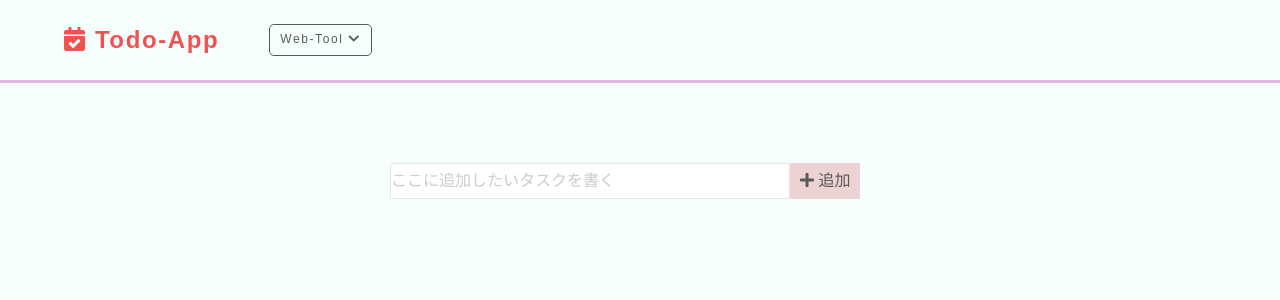
Repository: Hiroshii-m/todo_vue
Page: index.html
The author's editor kept a copy of each file at every save. The page is drawn from the files as they stood at one save, then again after the next save.
The browser window is 1280 px wide. The pictures show the whole page.
The style sheet was rebuilt from its Sass, Less or Tailwind sources for each picture, by a compiler version that may differ from the author's.

Above is the page before, as saved 2021-06-26 18:13:48.

After the next save:
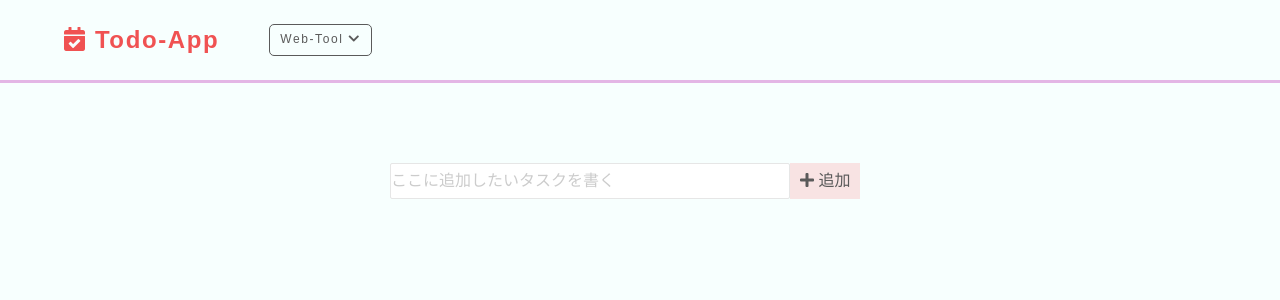
Saved 9 s later.
--- a/src/scss/foundation/_variables.scss
+++ b/src/scss/foundation/_variables.scss
@@ -6,7 +6,7 @@
     --color_sky: #C8E4F4;
     --color_red: #F05252;
     --color_blue: #25A1EF;
-    --color_pink: #ecd2d2;
+    --color_pink: #f8e3e3;
     --border-color_default: #E6E6E6;
 
 
